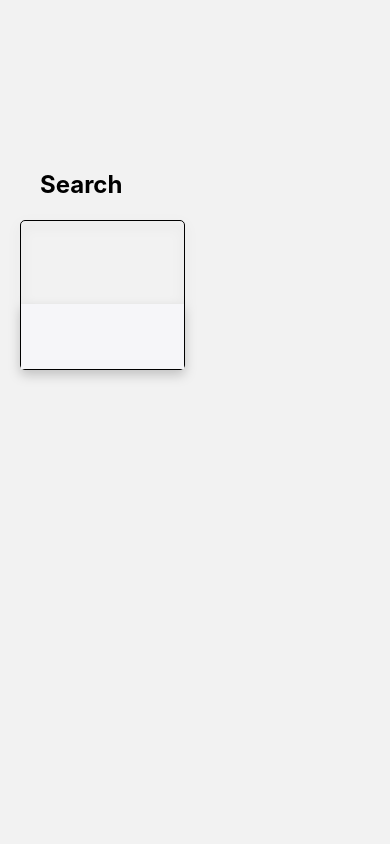
Repository: BCIT-Rooty/rooty-expo
Screen: /
These files come from the project's save history. The screen is drawn as it stood at one moment and after a run of saves; the edit follows.
The app was drawn by React Native's web renderer in a window 390 px wide. The project was rebuilt for these pictures with package versions that can differ from the ones it lists, and the page was loaded fresh each time. Also part of the build but not shown: screens/BroadcastMedia.js, screens/Computing.js, screens/Marketing.js, screens/BusinessFinance.js, screens/DigitalArtsDesign.js, screens/Tutoring.js.

Above is the screen before, as saved 2022-12-10 01:14:03.

After the next 4 saves:
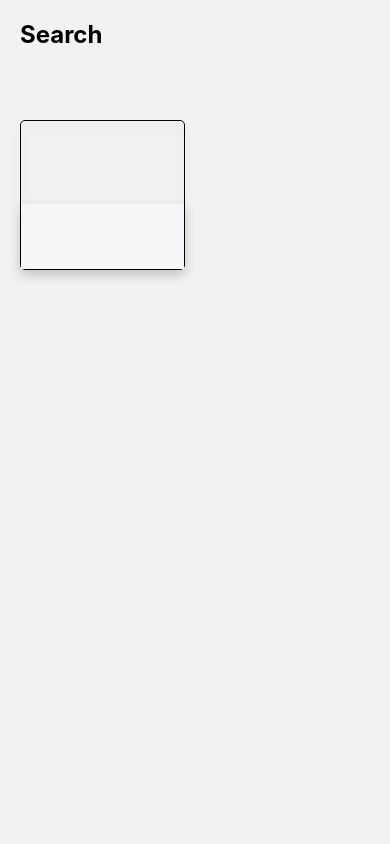
The 4 saves are shown as one change because 3 did not build or start.
The last was saved 30 s later.
--- a/screens/Home.js
+++ b/screens/Home.js
@@ -26,10 +26,9 @@ export default function Home() {
 
   return (
      <View style={{border:"0px", width:"100%", padding:"20px", height:"100%"}}>
-      <View style={{width:"100%", justifyContent:"start", alignItems:"flex-start", border:"0px", padding:"50px 0 7px 20px", minHeight:"100px"}}></View>
-          <FlexBox width="100%" justifyContent="start" alignItems="flex-start" border="0px" padding="50px 0 7px 20px" minHeight="100px">
+        <View style={{width:"100%", justifyContent:"start", alignItems:"flex-start", border:"0px", padding:"50px 0 7px 20px", minHeight:"100px"}}>
             <TextBox txt="Search" size="24px" weight="bold"></TextBox>
-          </FlexBox>
+            </View>
           <FlexBox flexWrap="wrap" dir="row" filter="drop-shadow(0px 5px 6px rgba(0, 0, 0, 0.2))" border="0px">
           {/* {listOfCategories.map((category) => (
               // <CategoryCard onPress={SendRoute(category.id)} style={{width:"100%", height:"67%"}} key={category.id} name={category.name} image={category.image}></CategoryCard>
